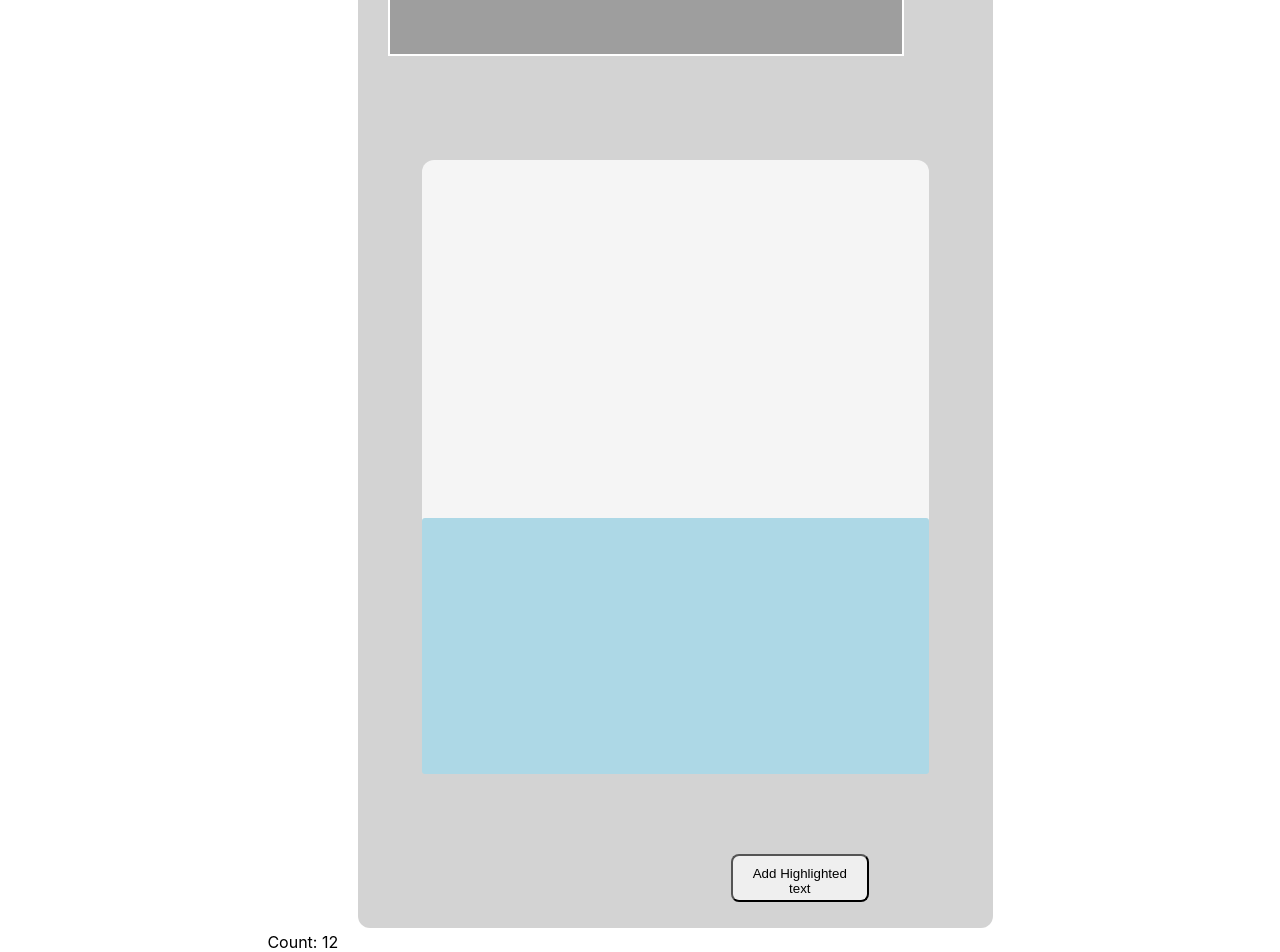
Repository: Farbod29/React-text-highlighter-with-hook-
Page: /
An editor plug-in stored every save of this project. The page is shown before and after a run of saves, followed by the edit.
The browser window is 1280 px wide. The pictures show the part of the page from y = 372 to 1324 px (the page is 1324 px tall).
Pictures or frames that could not be fetched are drawn as grey boxes. The project was rebuilt for these pictures with package versions that can differ from the ones it lists, and the page was loaded fresh each time.

Above is the page before, as saved 2022-02-18 23:15:40.

After the next 5 saves:
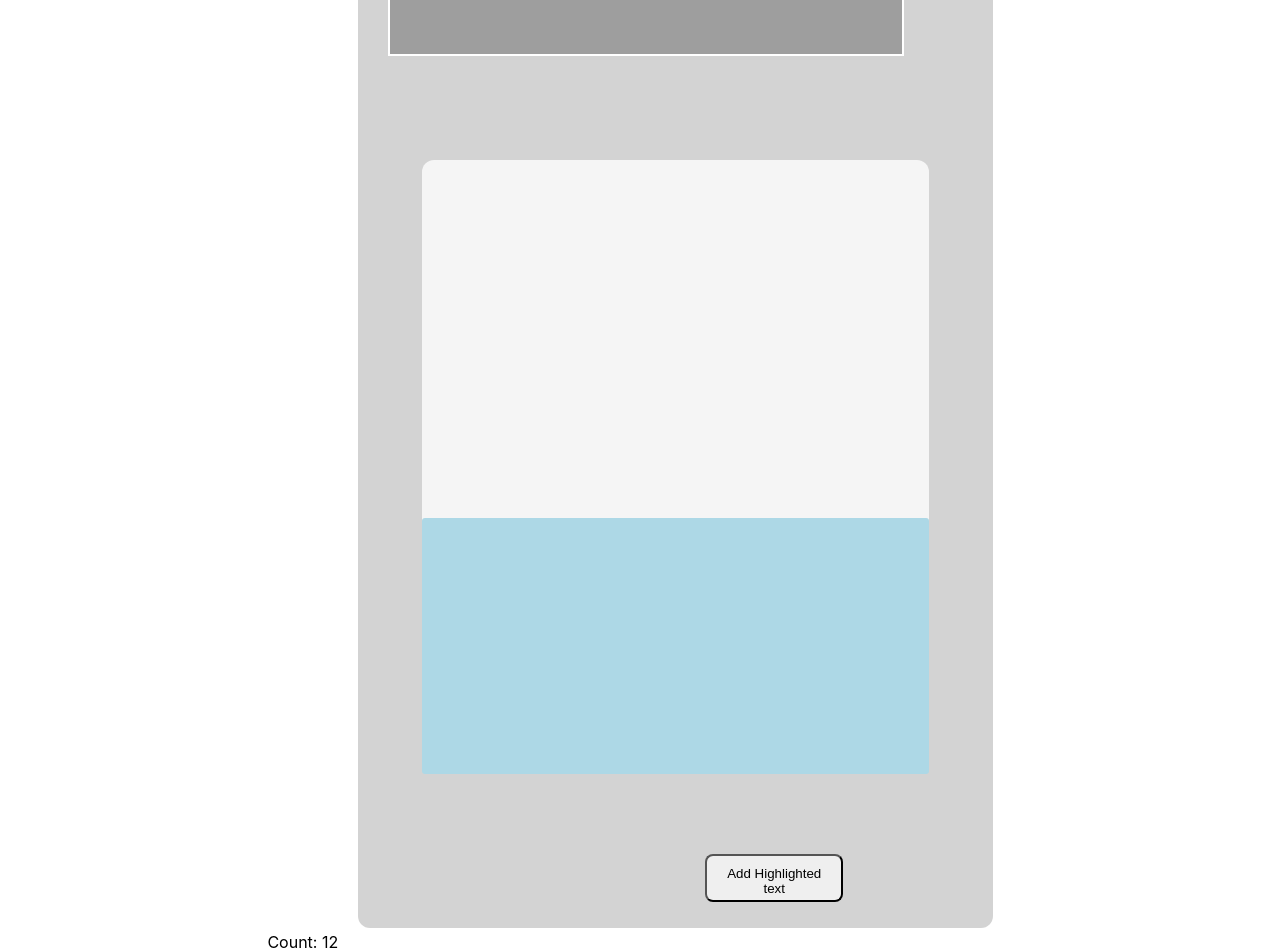
The 5 saves are shown as one change because they came seconds apart.
The last was saved 13 s later.
--- a/src/highlighter.js
+++ b/src/highlighter.js
@@ -69,8 +69,8 @@ export default function Highlighter() {
             top: '500',
             position: 'absolute',
             bottom: '2vw',
-            left: '23vw',
-            right: '2vw',
+            left: '21vw',
+            right: '1vw',
             width: '23vw',
           }}
         >
